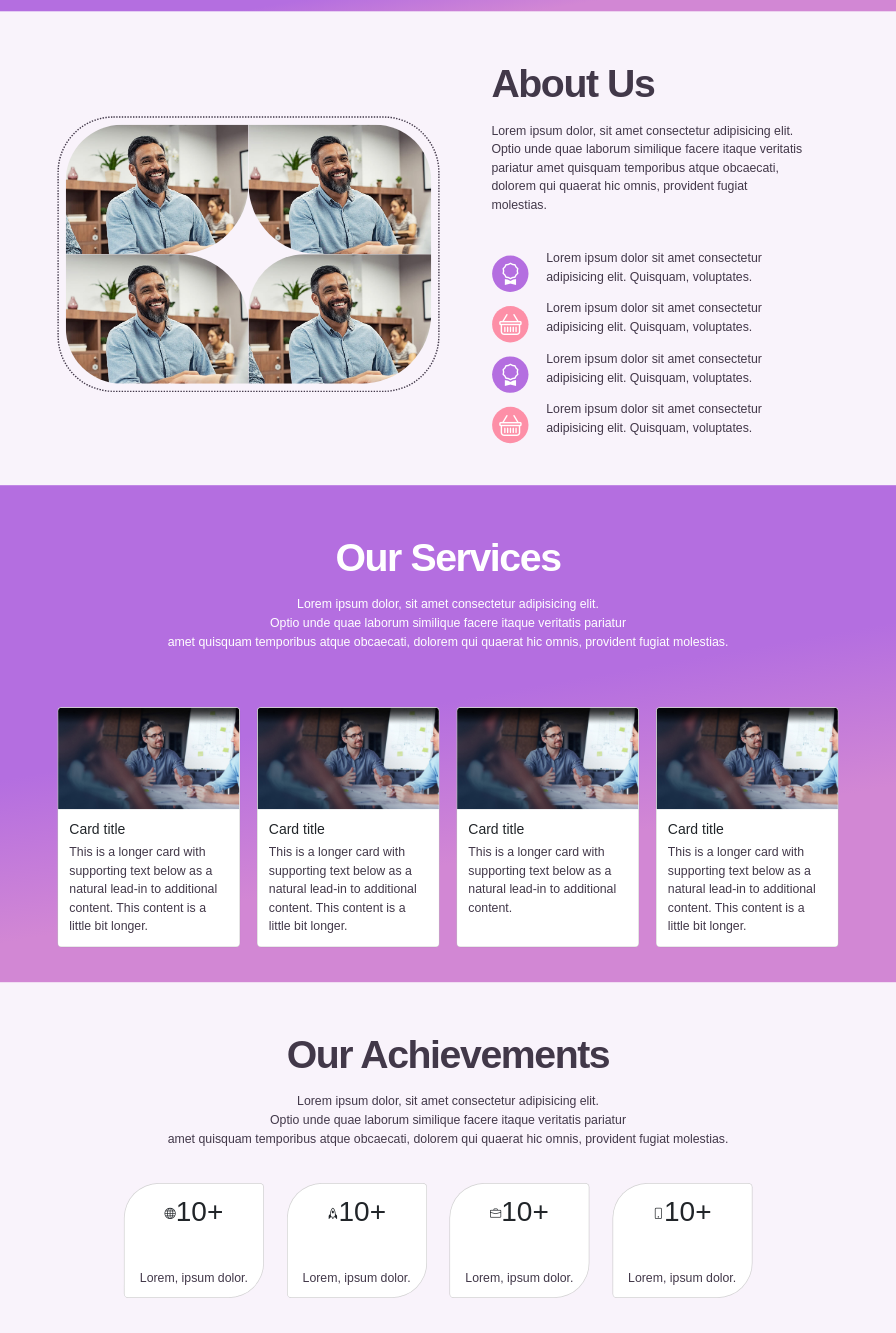
Repository: tagnam/project27012025
Page: index.html
These files come from the project's save history. The page is drawn as it stood at one moment and after a run of saves; the edit follows.
The browser window is 1280 px wide. The pictures show the part of the page from y = 723 to 2643 px (the page is 2627 px tall before and 2643 px after), at 70% of full size.

Above is the page before, as saved 2025-01-28 12:17:28.

After the next 3 saves:
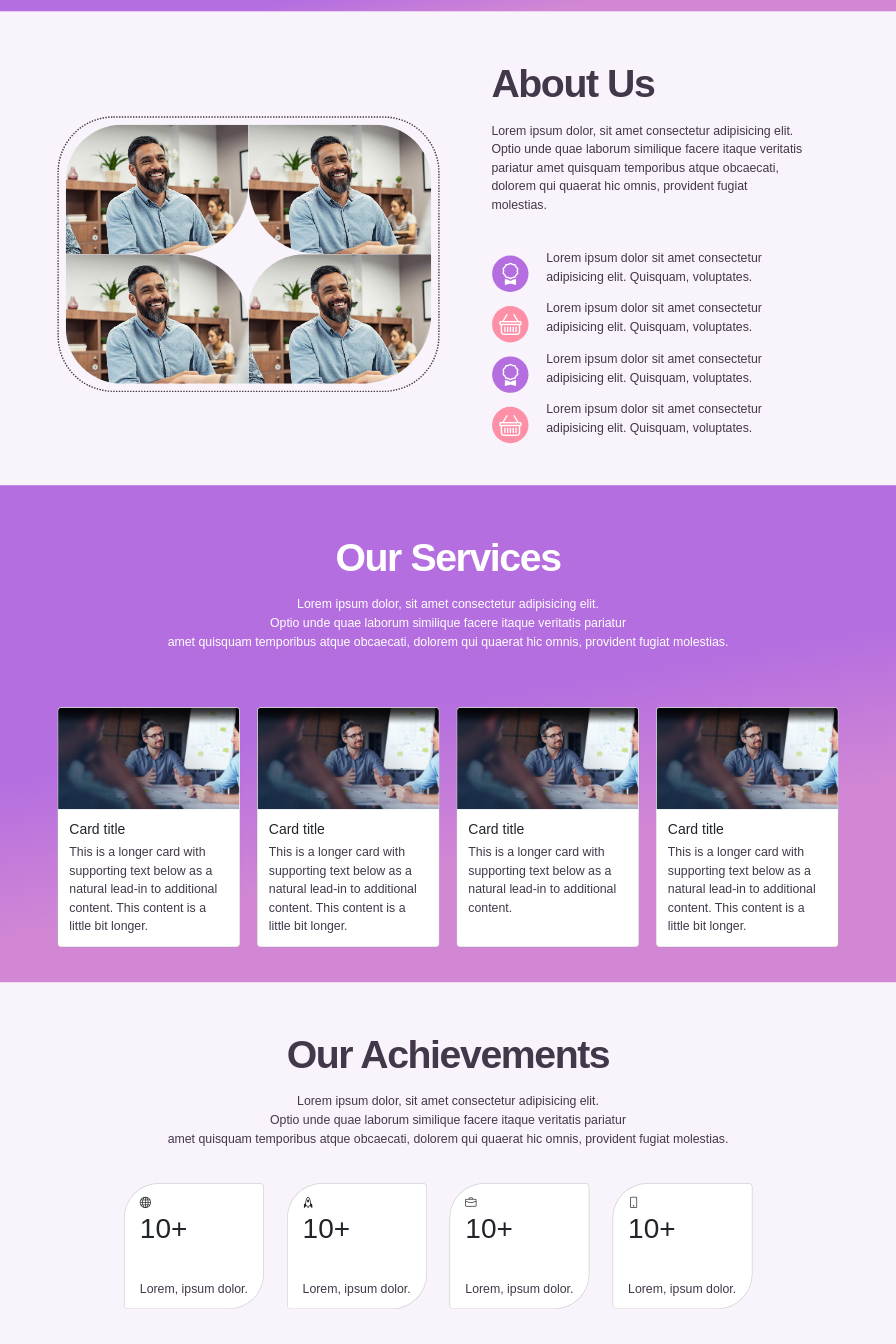
The 3 saves are shown as one change because they came seconds apart.
The last was saved 3 min 56 s later.
--- a/style/css/index.css
+++ b/style/css/index.css
@@ -210,12 +210,12 @@
     border-bottom-right-radius: 50px;
 }
 
-.counter{
+/* .counter{
     display: flex;
     justify-content: center;
     align-items: center;
     flex-wrap: wrap;
-}
+} */
 
 
 .counter-text{

After the save that followed:
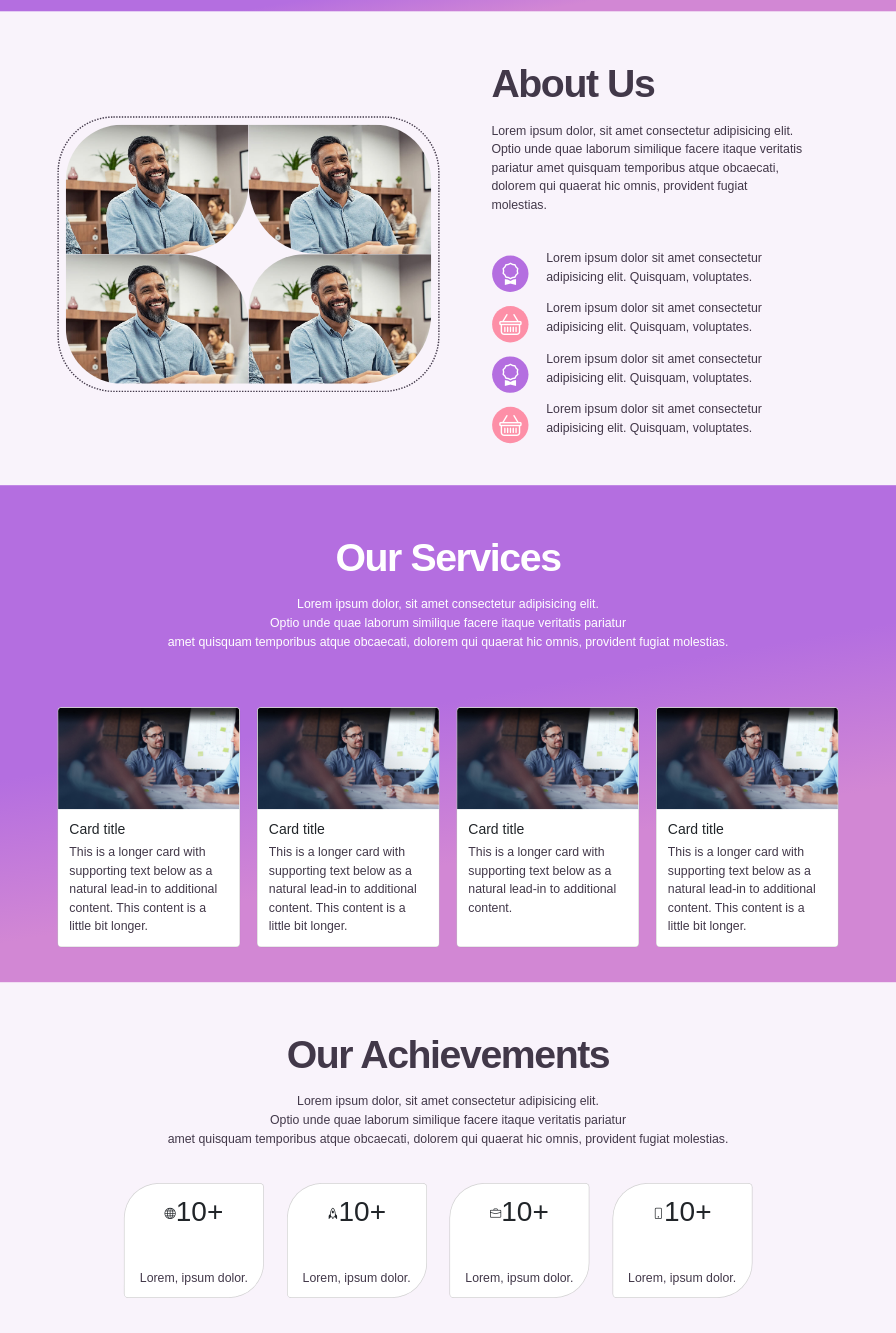
Saved 24 s later.
--- a/style/css/index.css
+++ b/style/css/index.css
@@ -210,12 +210,12 @@
     border-bottom-right-radius: 50px;
 }
 
-/* .counter{
+.counter{
     display: flex;
     justify-content: center;
     align-items: center;
     flex-wrap: wrap;
-} */
+}
 
 
 .counter-text{
